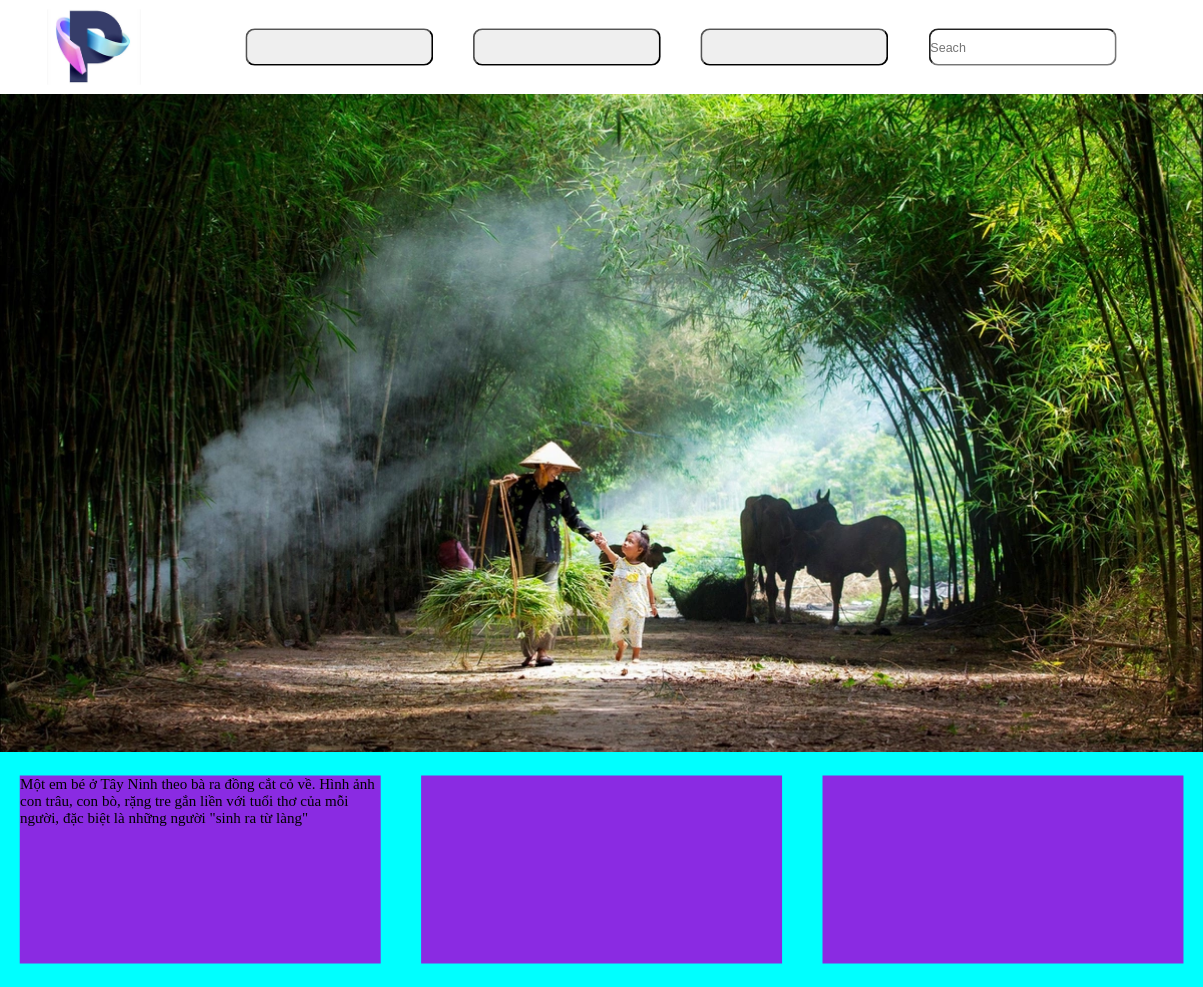
Repository: thinh909thinh/Thi
Page: index.html
The author's editor kept a copy of each file at every save. The page is drawn from the files as they stood at one save, then again after the next save.
The browser window is 1280 px wide. The pictures show the whole page, at 94% of full size.

Above is the page before, as saved 2022-05-13 09:01:57.

### index.html
<!DOCTYPE html>
<html lang="en">
<head>
    <meta charset="UTF-8">
    <meta http-equiv="X-UA-Compatible" content="IE=edge">
    <meta name="viewport" content="width=device-width, initial-scale=1.0">
    <link rel="stylesheet" href="main.css">
    <title>Document</title>
</head>
<body>
    <header>
        <div class="img">
            <img src="./img/logo.jpg" alt="">
        </div>
        <div class="btn_s">
            <button></button>
            <button></button>
            <button></button>
            <input type="text" placeholder="Seach">
        </div>
    </header>
    <section>
        <div class="imgbg">
            <img src="./img/gb.webp" alt="">
        </div>
        <div class="all_text">
            <div class="text">
                <p>Một em bé ở Tây Ninh theo bà ra đồng cắt cỏ về.
                    Hình ảnh con trâu, con bò, rặng tre gắn liền với tuổi thơ của mỗi người,
                     đặc biệt là những người "sinh ra từ làng"</p>
            </div>
            <div class="text"></div>
            <div class="text"></div>
        </div>
    </section>
</body>
</html>

### main.css
*{
    padding: 0;
    margin: 0;
    box-sizing: border-box;
}
header{
    width: 100%;
    height: 100px;
    display: flex;
    justify-content: space-between;
    align-items: center;
}
.btn_s{
    width: 1200px;
    height: 100px;
    display: flex;
    justify-content: space-evenly;
    align-items: center;
    margin-right: 50px;

}
input{
    width: 200px;
    height: 40px;
    border-radius: 10px;
}
.img{
    width: 200px;
    height: 80px;
    margin-left: 50px;
}
.img img{
    width: 100px;
    height: 100%;
    object-fit: cover;
}
button{
    width: 200px;
    height: 40px;
    border-radius: 10px;
}
.imgbg{
    width: 100%;
    height: 700px;
}
.imgbg img{
    width: 100%;
    height: 100%;
    object-fit: cover;
}
.all_text{
    width: 100%;
    height: 250px;
    background-color: aqua;
    display: flex;
    justify-content: space-around;
    align-items: center;
}
.all_text .text{
    width: 30%;
    height: 200px;
    background-color: blueviolet;
}

After the next save:
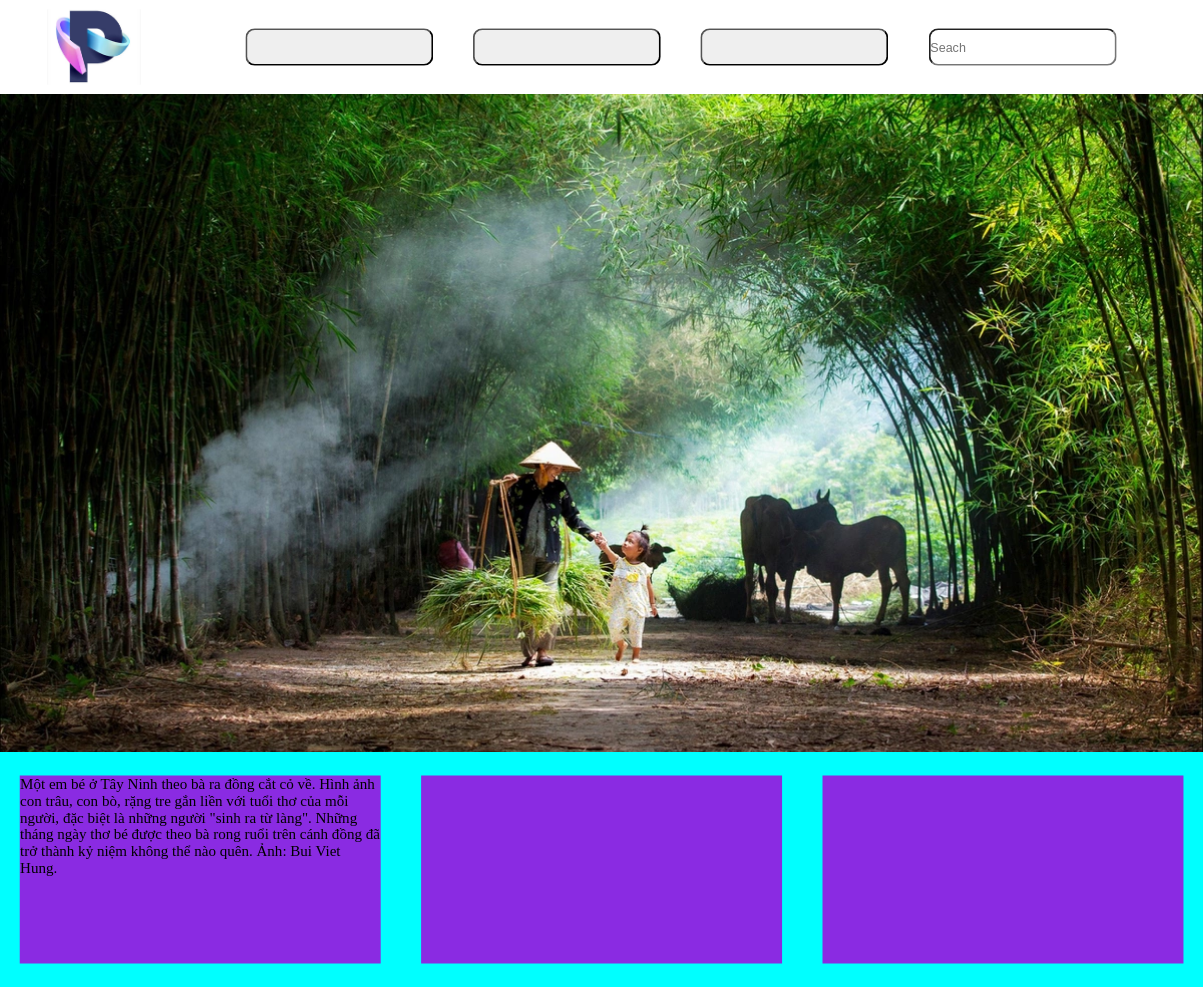
Saved 22 s later.
--- a/index.html
+++ b/index.html
@@ -27,7 +27,9 @@
             <div class="text">
                 <p>Một em bé ở Tây Ninh theo bà ra đồng cắt cỏ về.
                     Hình ảnh con trâu, con bò, rặng tre gắn liền với tuổi thơ của mỗi người,
-                     đặc biệt là những người "sinh ra từ làng"</p>
+                     đặc biệt là những người "sinh ra từ làng".
+                     Những tháng ngày thơ bé được theo bà rong ruổi trên cánh
+                     đồng đã trở thành kỷ niệm không thể nào quên. Ảnh: Bui Viet Hung.</p>
             </div>
             <div class="text"></div>
             <div class="text"></div>
